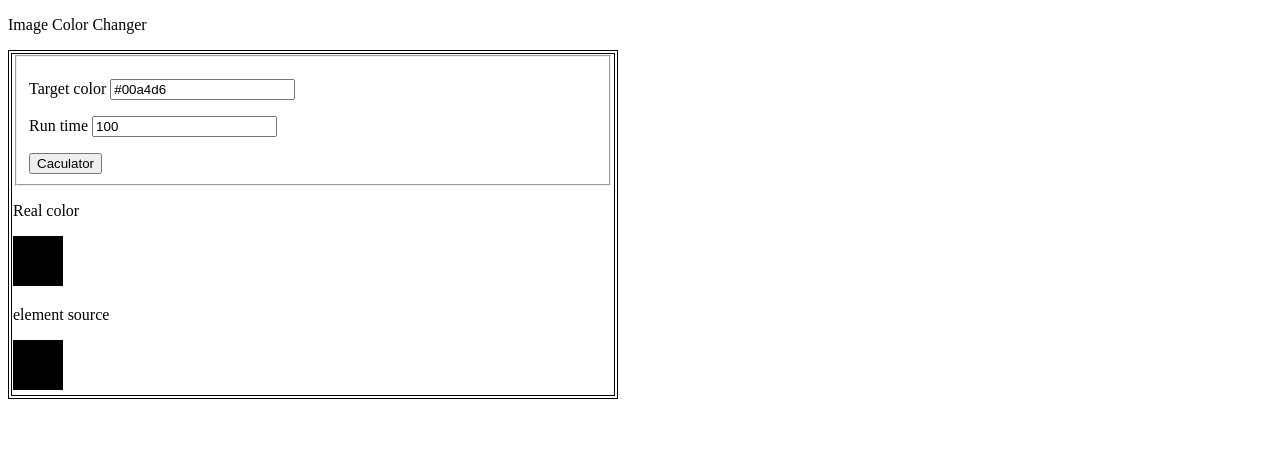
Repository: Kevilstark/image-color-changer
Page: index.html
These files come from the project's save history. The page is drawn as it stood at one moment and after the next save; the edit follows.
The browser window is 1280 px wide. The pictures show the whole page.
Some web libraries are served in a nearby version.

Above is the page before, as saved 2022-06-07 13:52:10.

After the next save:
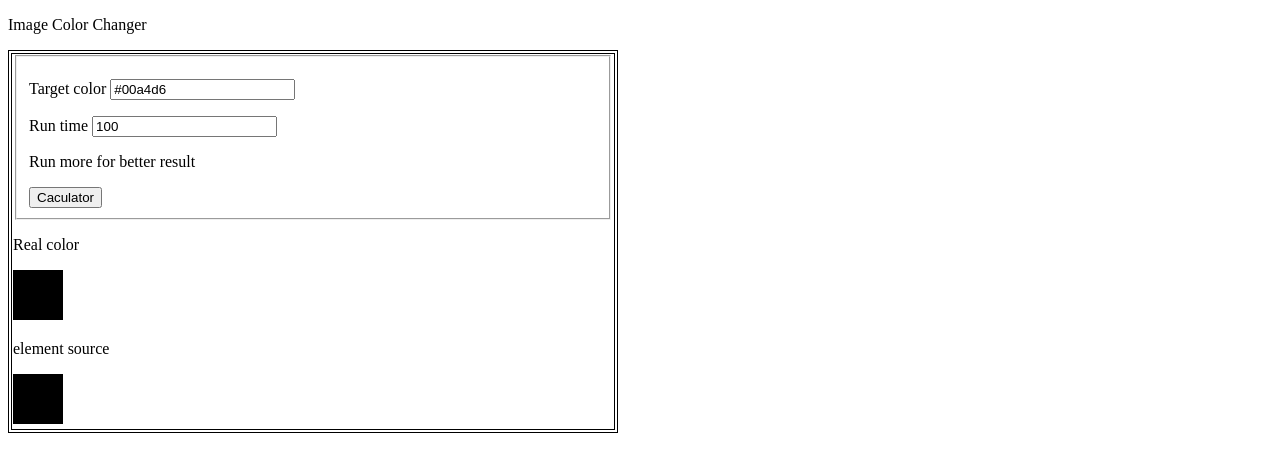
Saved 7 s later.
--- a/index.html
+++ b/index.html
@@ -19,7 +19,7 @@
                         <p>
                             <label>Run time</label> <input class="time-tried" type="number" placeholder="run time" value="100"/>
                         </p>
-                        <p></p>
+                        <p>Run more for better result</p>
                         <button class="execute">Caculator</button>
                     </fieldset>
                     <p>Real color</p>
